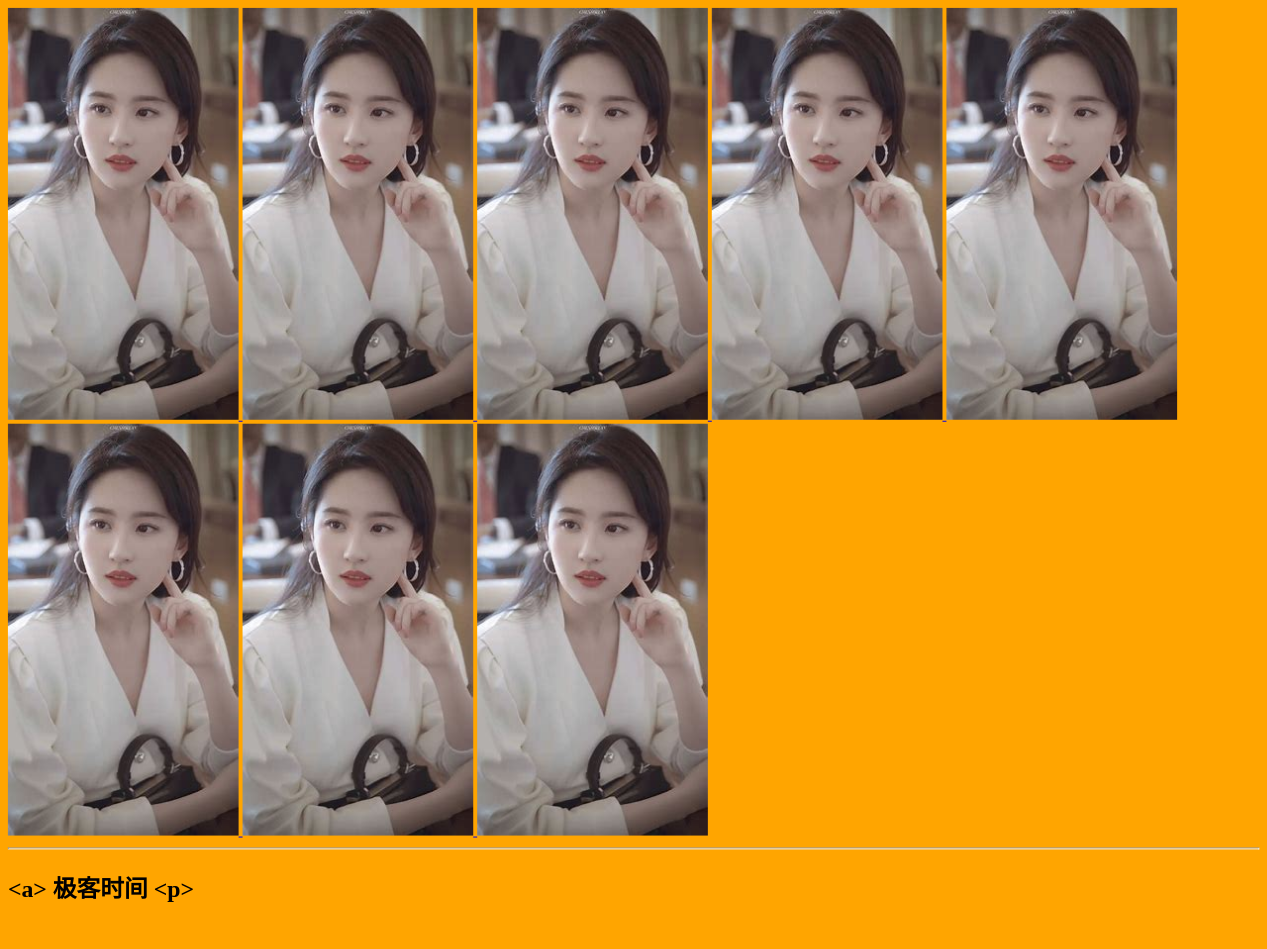
Repository: cswuhan/network_traning_works
Page: 第一周作业/index.html
An editor plug-in stored every save of this project. The page is shown before and after the next save, followed by the edit.
The browser window is 1280 px wide. The pictures show the whole page, at 99% of full size.

Above is the page before, as saved 2023-12-12 08:52:54.

After the next save:
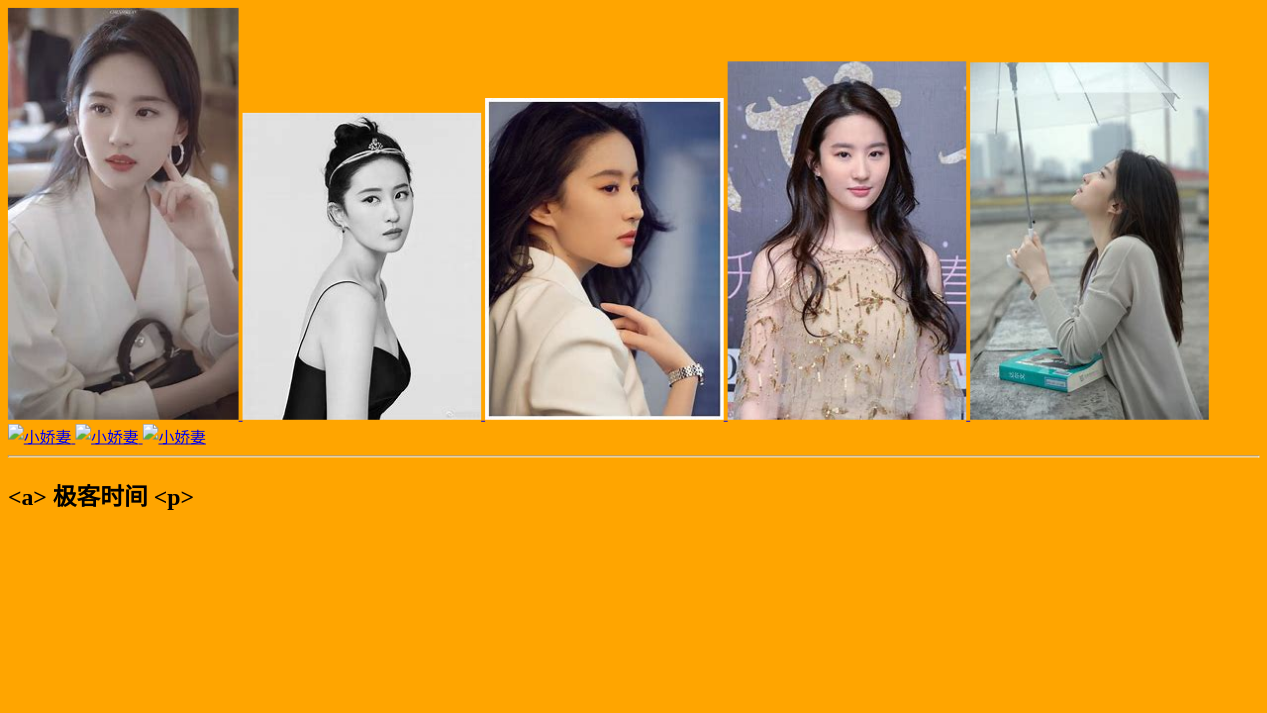
Not found: 第一周作业/006.jpg
Not found: 第一周作业/007.jpg
Not found: 第一周作业/008.jpg
Saved 22 s later.
--- a/第一周作业/index.html
+++ b/第一周作业/index.html
@@ -12,13 +12,13 @@
     <a href="https://time.geekbang.org/">
         <!-- <img src="E:\Study\网络安全\网络安全训练营\第一周\第一周课件\第一周课件\Code\001.jpg" alt="小娇妻" title="极客时间"/> -->
         <img src="001.jpg" alt="小娇妻" title="极客时间"/>
-        <img src="001.jpg" alt="小娇妻" title="极客时间"/>
-        <img src="001.jpg" alt="小娇妻" title="极客时间"/>
-        <img src="001.jpg" alt="小娇妻" title="极客时间"/>
-        <img src="001.jpg" alt="小娇妻" title="极客时间"/>
-        <img src="001.jpg" alt="小娇妻" title="极客时间"/>
-        <img src="001.jpg" alt="小娇妻" title="极客时间"/>
-        <img src="001.jpg" alt="小娇妻" title="极客时间"/>
+        <img src="002.jpg" alt="小娇妻" title="极客时间"/>
+        <img src="003.jpg" alt="小娇妻" title="极客时间"/>
+        <img src="004.jpg" alt="小娇妻" title="极客时间"/>
+        <img src="005.jpg" alt="小娇妻" title="极客时间"/>
+        <img src="006.jpg" alt="小娇妻" title="极客时间"/>
+        <img src="007.jpg" alt="小娇妻" title="极客时间"/>
+        <img src="008.jpg" alt="小娇妻" title="极客时间"/>
     </a>
 
     <hr/>

After the save that followed:
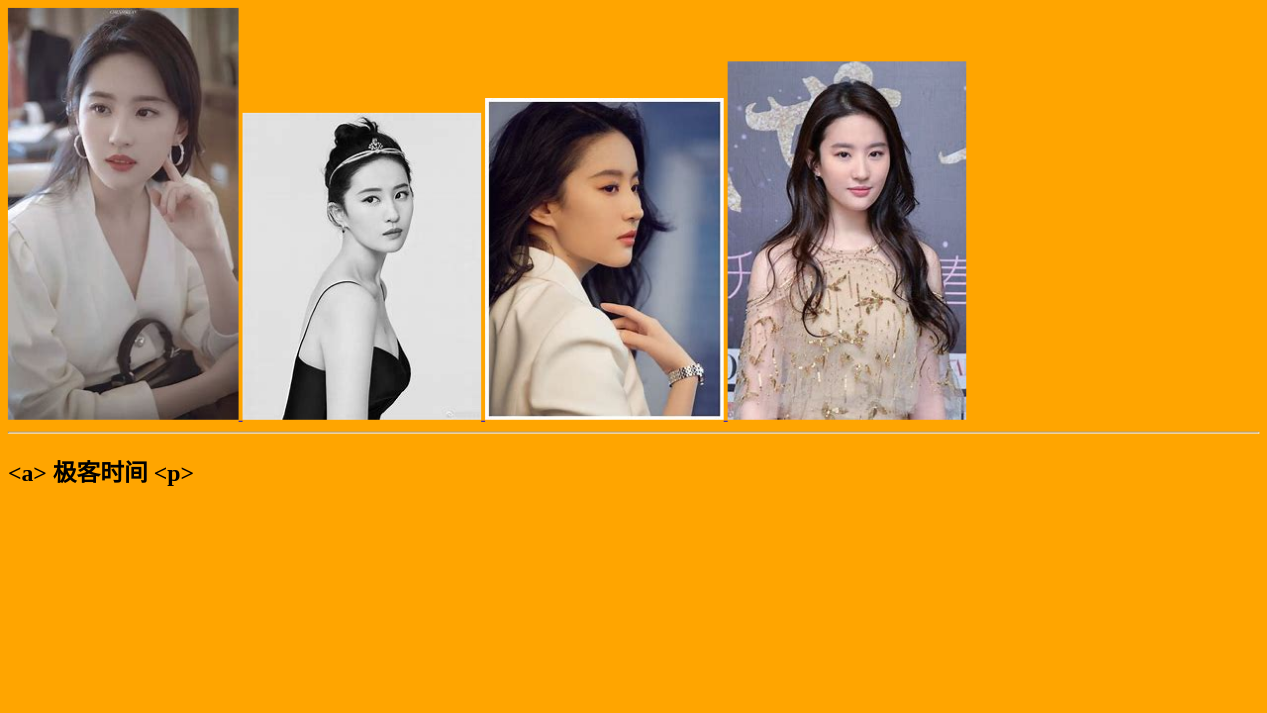
Saved 22 s later.
--- a/第一周作业/index.html
+++ b/第一周作业/index.html
@@ -15,10 +15,7 @@
         <img src="002.jpg" alt="小娇妻" title="极客时间"/>
         <img src="003.jpg" alt="小娇妻" title="极客时间"/>
         <img src="004.jpg" alt="小娇妻" title="极客时间"/>
-        <img src="005.jpg" alt="小娇妻" title="极客时间"/>
-        <img src="006.jpg" alt="小娇妻" title="极客时间"/>
-        <img src="007.jpg" alt="小娇妻" title="极客时间"/>
-        <img src="008.jpg" alt="小娇妻" title="极客时间"/>
+
     </a>
 
     <hr/>
